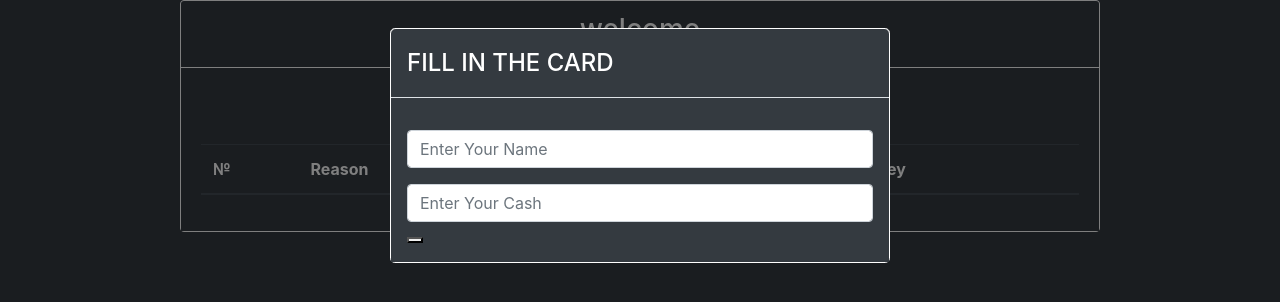
Repository: surefaceJS/allMyWorkInaliLinux
Page: hardcha/index.html
These files come from the project's save history. The page is drawn as it stood at one moment and after the next save; the edit follows.
The browser window is 1280 px wide. The pictures show the whole page.

Above is the page before, as saved 2021-04-19 12:33:40.

### hardcha/index.html
<!DOCTYPE html>
<html lang="en">

<head>
    <meta charset="UTF-8">
    <meta http-equiv="X-UA-Compatible" content="IE=edge">
    <meta name="viewport" content="width=device-width, initial-scale=1.0">
    <title>ReadyWebPage</title>
    <link rel="stylesheet" href="css/bootstrap.css">
    <link rel="stylesheet" href="fontawesome-free-5.15.2-web/css/all.min.css">
    <link rel="stylesheet" href="css/main.css">
</head>

<body class="bg-dark">


    <div class="container">



        <!-- The Modal -->
        <div class="modal" id="myModal">
            <div class="modal-dialog">
                <div class="modal-content border-white">

                    <!-- Modal Header -->
                    <div class="modal-header bg-dark text-center ">
                        <h4 class="modal-title text-white text-center text-uppercase">Fill in the card</h4>

                    </div>

                    <!-- Modal body -->
                    <div class="modal-body bg-dark">
                        <input type="text" class="form-control mt-3" id="userName" placeholder="Enter Your Name">
                        <input type="number" class="form-control mt-3" id="userMoney" placeholder="Enter Your Cash">
                        <button class=""></button>
                    </div>

                </div>
            </div>
        </div>

        <div class="row">
            <div class="col-10 m-auto">
                <div class="card border-white">

                    <div class="card-header border-white bg-dark text-white text-center">
                        <h3>welcome <span id="pushName"></span> </h3>
                    </div>
                    <div class="card-body bg bg-dark">
                        <h1 class="text-danger text-center text-uppercase font-intel-bold" id="pushMonay"><span class="text-white">$</span></h1>

                        <table class="table table-dark table-hover table-striped">
                            <thead>
                                <tr>
                                    <th>№</th>
                                    <th>Reason</th>
                                    <th>Spend Money</th>
                                    <th>Type Money</th>
                                </tr>
                            </thead>
                            <tbody id="result"></tbody>
                        </table>
                    </div>

                </div>
            </div>
        </div>
    </div>

    <script src="js/jquery-3.3.1.slim.min.js"></script>
    <script src="js/popper.min.js"></script>
    <script src="js/bootstrap.js"></script>
    <script src="js/app.js"></script>
</body>

### hardcha/css/main.css
/*********************  FONTS STYLE *************************/
@font-face {
  font-family: "Inter-Bold";
  src: url("../asssets/fonts/Inter/Inter-Bold.ttf") format("truetype"); }
@font-face {
  font-family: "Inter-Regular";
  src: url("../asssets/fonts/Inter/Inter-Regular.ttf") format("truetype"); }
@font-face {
  font-family: "Inter-Light";
  src: url("../asssets/fonts/Inter/Inter-Light.ttf") format("truetype"); }
@font-face {
  font-family: "Inter-SemiBold";
  src: url("../asssets/fonts/Inter/Inter-SemiBold.ttf") format("truetype"); }
.font-intel-bold {
  font-family: "Inter-Bold", sans-serif; }

.font-intel-regular {
  font-family: "Inter-Regular", sans-serif; }

.font-intel-light {
  font-family: "Inter-Light", sans-serif; }

.font-inter-semi-bold {
  font-family: "Inter-SemiBold", sans-serif; }

/*# sourceMappingURL=main.css.map */

### hardcha/js/app.js
$(document).ready(function() {
    $('#myModal').modal('show');
});

Loaded but not shown: hardcha/css/bootstrap.css (library); hardcha/fontawesome-free-5.15.2-web/css/all.min.css (library); hardcha/js/jquery-3.3.1.slim.min.js (library); hardcha/js/popper.min.js (library); hardcha/js/bootstrap.js (library)

After the next save:
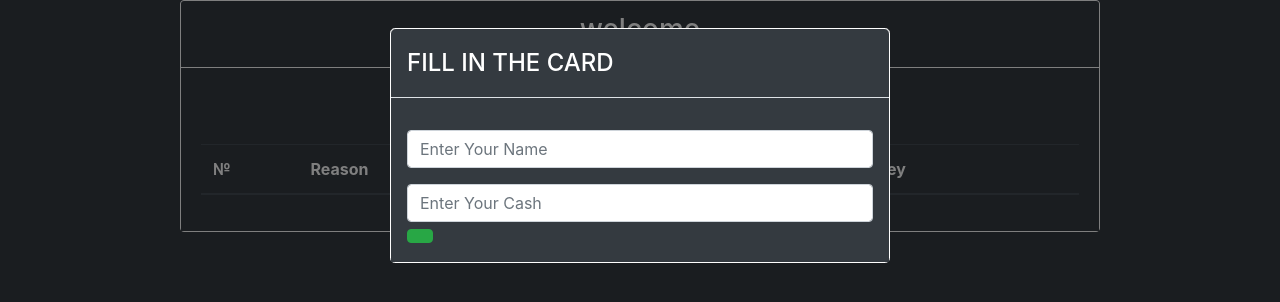
Saved 7 s later.
--- a/hardcha/index.html
+++ b/hardcha/index.html
@@ -33,7 +33,7 @@
                     <div class="modal-body bg-dark">
                         <input type="text" class="form-control mt-3" id="userName" placeholder="Enter Your Name">
                         <input type="number" class="form-control mt-3" id="userMoney" placeholder="Enter Your Cash">
-                        <button class=""></button>
+                        <button class="btn btn-success"></button>
                     </div>
 
                 </div>
